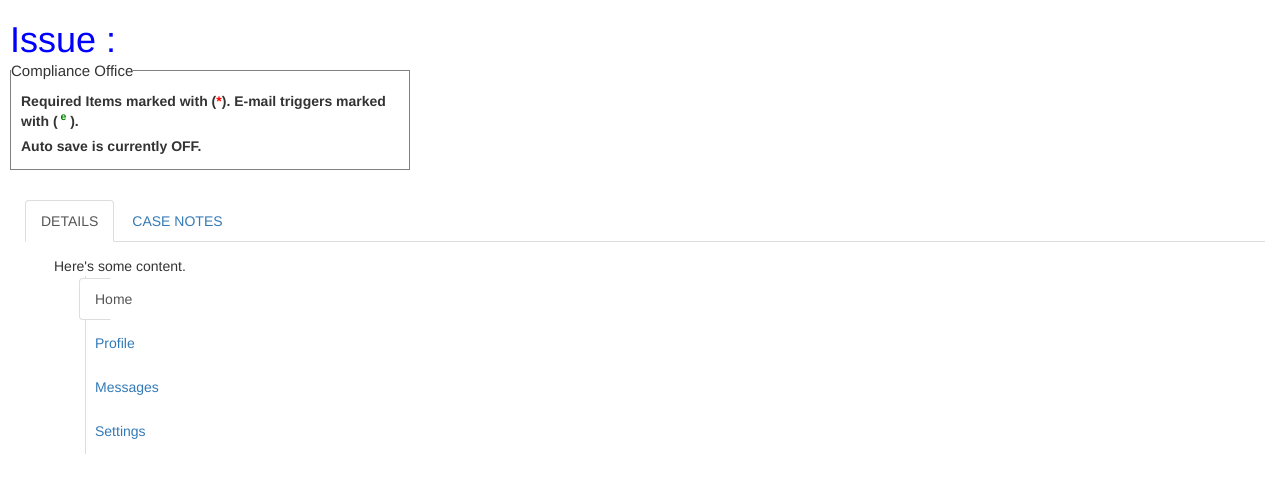
Repository: ManjushaDaram/LibraryPramati
Page: /
The author's editor kept a copy of each file at every save. The page is drawn from the files as they stood at one save, then again after the next save.
The browser window is 1280 px wide. The pictures show the whole page.
The project was rebuilt for these pictures with package versions that can differ from the ones it lists, and the page was loaded fresh each time. Also part of the build but not shown: angular.json.

Above is the page before, as saved 2019-04-18 12:18:29.

After the next save:
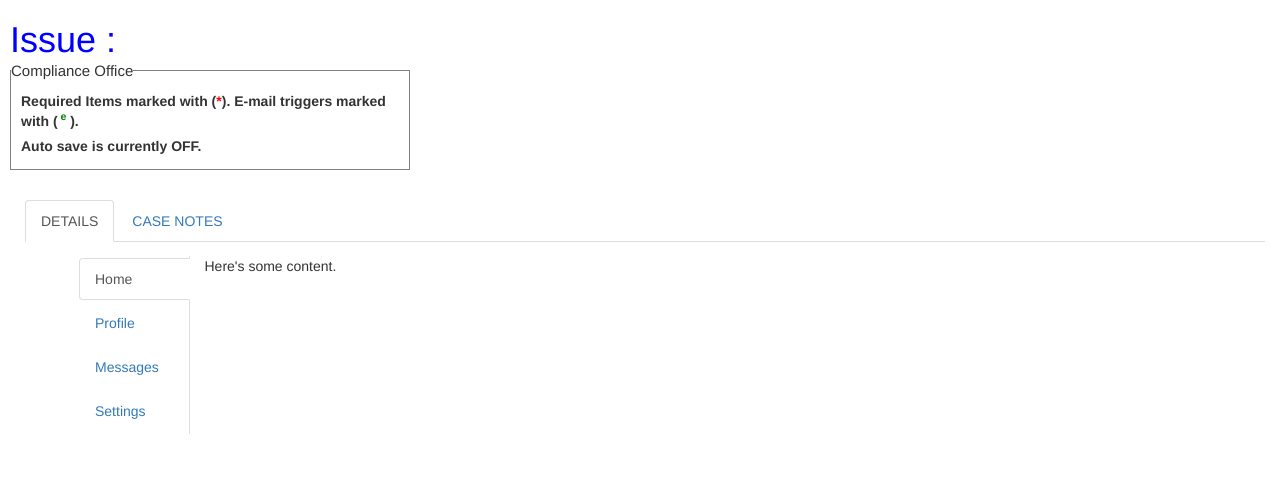
Saved 20 s later.
--- a/src/app/AddIssue/addissue/addissue.component.html
+++ b/src/app/AddIssue/addissue/addissue.component.html
@@ -16,7 +16,7 @@
 
 <div style="margin-top: 30px">
   <tabs class="col-md-12">
-    <tab tabTitle="DETAILS" class="col-md-2">
+    <tab tabTitle="DETAILS" class="col-md-6">
       Here's some content.
       <div class="col-md-3">
           <ul class="nav nav-tabs tabs-left">
